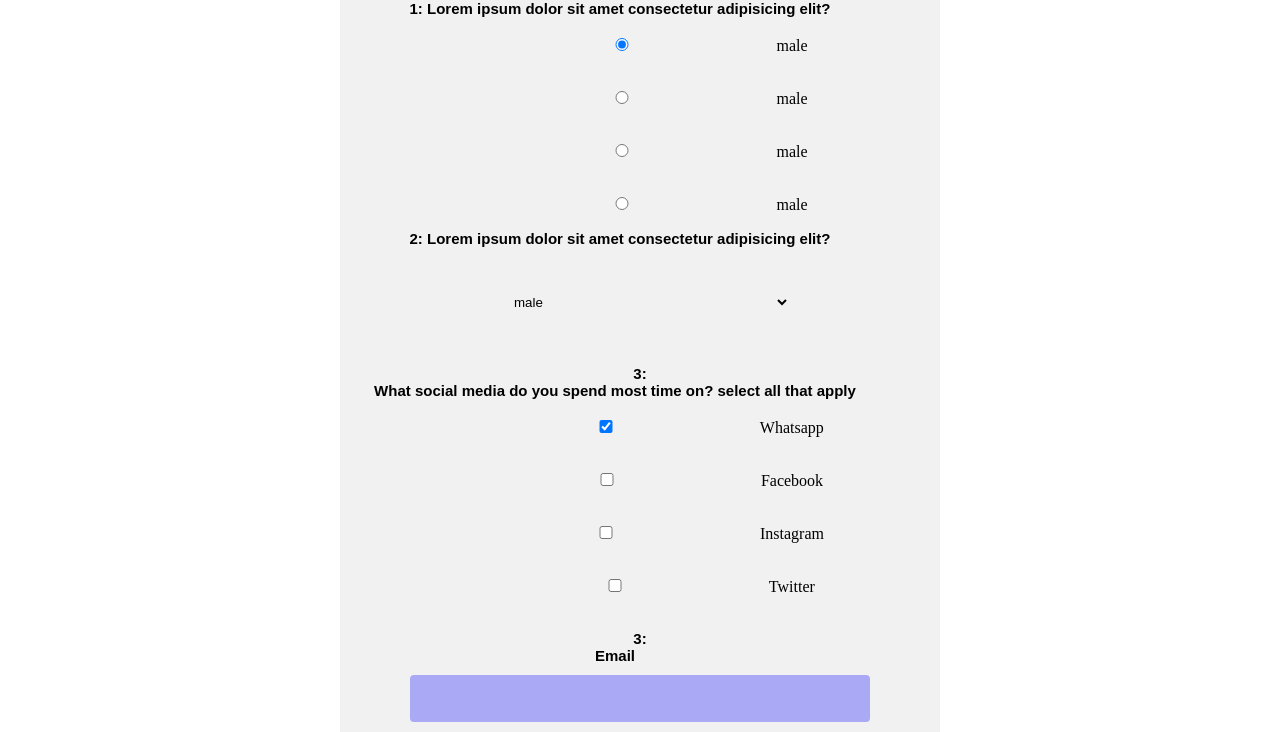
Repository: Grace229/Hasob-form
Page: index.html
The author's editor kept a copy of each file at every save. The page is drawn from the files as they stood at one save, then again after the next save.
The browser window is 1280 px wide. The pictures show the whole page.

Above is the page before, as saved 2020-12-27 11:38:59.

After the next save:
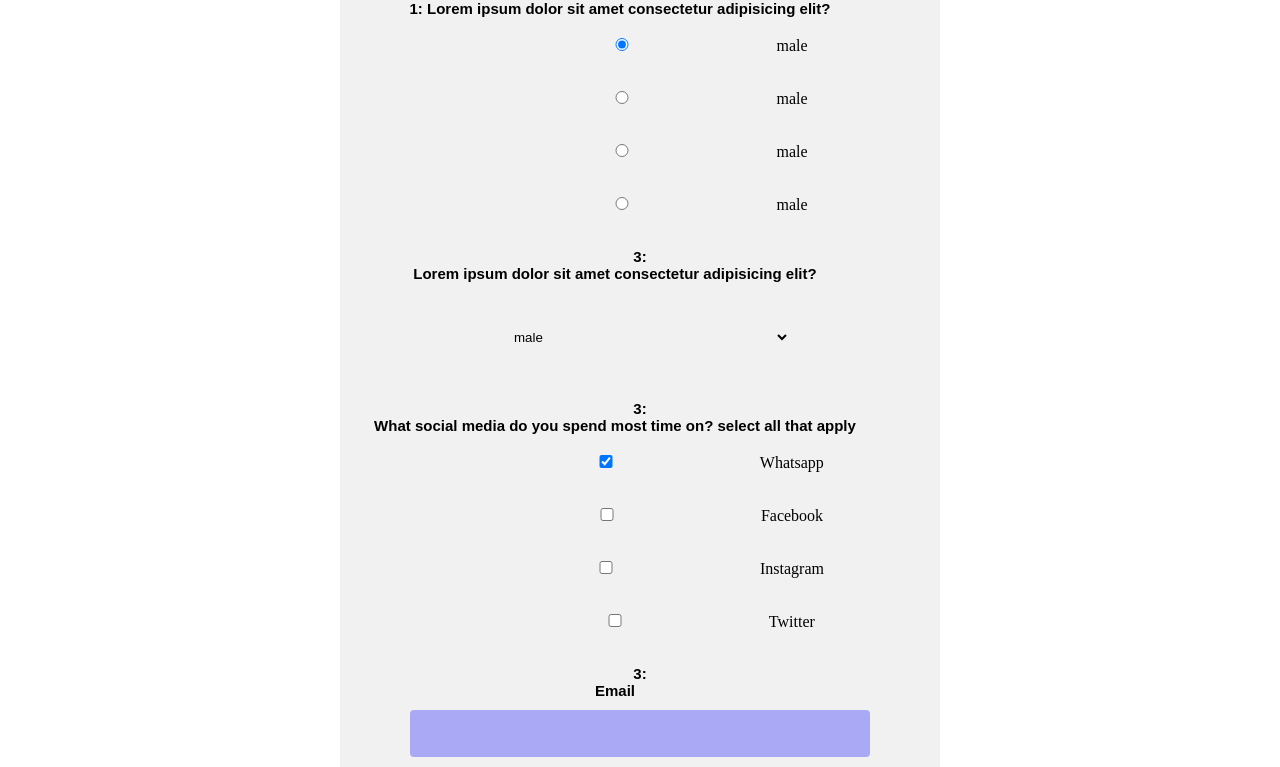
Saved 10 s later.
--- a/index.html
+++ b/index.html
@@ -23,7 +23,7 @@
         </div>
         <!-- dropdown -->
         <div>
-            <label  class="question" for="">2: Lorem ipsum dolor sit amet consectetur adipisicing elit? </label><br>
+            <label  class="question" for=""><p>3:</p> Lorem ipsum dolor sit amet consectetur adipisicing elit? </label><br>
                <select name="grace" id="input">
                    <option value="male" class="check">
                     <label> male</label>
